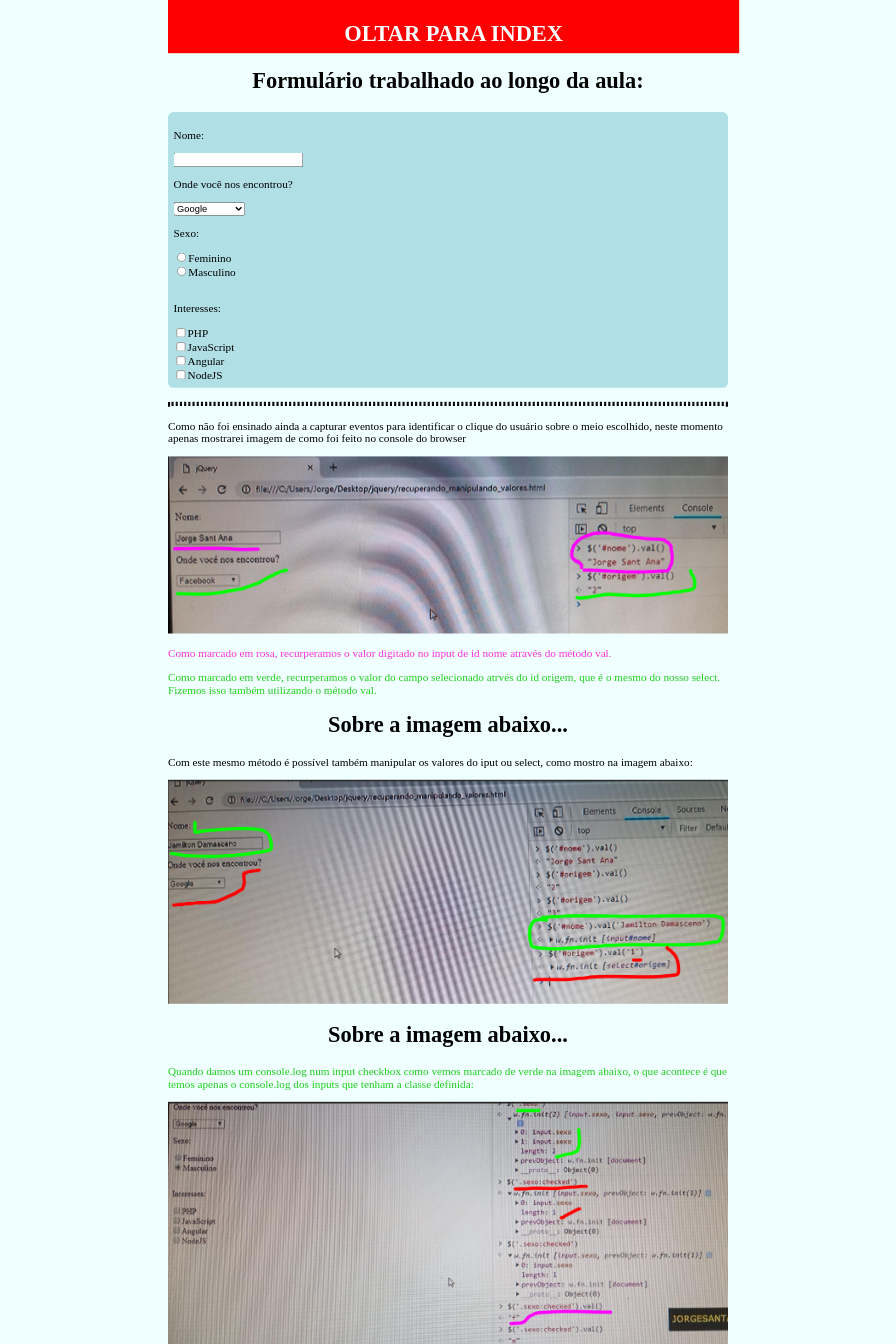
Repository: 2001mariana/jquery
Page: manipulating-text-input-​​and-selects.html
The author's editor kept a copy of each file at every save. The page is drawn from the files as they stood at one save, then again after a run of saves.
The browser window is 1280 px wide. The pictures show the part of the page from y = 0 to 1920 px (the page is 2687 px tall), at 70% of full size.

Above is the page before, as saved 2022-08-04 15:11:20.

### manipulating-text-input-​​and-selects.html

<!DOCTYPE html>
<html lang="pt-br">
	<head>
		<meta charset="UTF-8">
		<title>jQuery</title>

		<script src="https://code.jquery.com/jquery-3.3.1.min.js" integrity="sha256-FgpCb/KJQlLNfOu91ta32o/NMZxltwRo8QtmkMRdAu8=" crossorigin="anonymous"></script>

	</head>

	<body style="margin: 0 auto; background-color: 	#F0FFFF;">

		<div id="header" style="background-color: red; height: 60px; width: 100%; padding: 8px;">
			<a href="index.html" style="text-decoration: none; text-transform: uppercase; color:#FFFFFF;"><h1>
				oltar para index</h1></a>
		</div>

		<h1>Formulário trabalhado ao longo da aula:</h1>

		<div style="background-color: #B0E0E6; border-radius: 8px; padding: 8px;">
		<p>Nome:</p>
		<input type="text" id="nome" />
		<br />

		<p>Onde você nos encontrou?</p>
		<select id="origem">
			<option value="1">Google</option>
			<option value="2">Facebook</option>
			<option value="3">Rádio</option>
			<option value="4">Outros meios</option>
		</select>

		<br />

		<p>Sexo:</p>
		<input type="radio" name="sexo" class="sexo" value="f">Feminino<br />
		<input type="radio" name="sexo" class="sexo" value="m">Masculino<br />
		<br />

		<p>Interesses:</p>
		<input type="checkbox" name="interesse" class="interesse" value="php">PHP<br />
		<input type="checkbox" name="interesse" class="interesse" value="js">JavaScript<br />
		<input type="checkbox" name="interesse" class="interesse" value="angular">Angular<br />
		<input type="checkbox" name="interesse" class="interesse" value="nodejs">NodeJS<br />
		</div>

		<div style="border: 3px dotted black; margin: 20px 0;"></div>

		<div>
			<p>Como não foi ensinado ainda a capturar eventos para identificar o clique do usuário sobre o meio escolhido,
			neste momento apenas mostrarei imagem de como foi feito no console do browser</p>
			<div>
				<img src="img/manipulating-text-input-values -and-selects.PNG" id="imagem" />
			</div>
			<p style="color: #f931d8">Como marcado em rosa, recurperamos o valor digitado no input de id nome através do método val.</p>
			<p style="color: #20cf1d">Como marcado em verde, recurperamos o valor do campo selecionado atrvés do id origem,
			que é o mesmo do nosso select. Fizemos isso também utilizando o método val.</p>
			<h1>Sobre a imagem abaixo...</h1>
			<p>Com este mesmo método é possível também manipular os valores do iput ou select, como mostro na imagem abaixo:</p>
			<div>
				<img src="img/manipulating-input-values -and-selects-example.PNG" id="imagem" />
			</div>
			<h1>Sobre a imagem abaixo...</h1>
			<p style="color: #20cf1d">Quando damos um console.log num input checkbox como vemos marcado de verde na imagem abaixo,
		    o que acontece é que temos apenas o console.log dos inputs que tenham a classe definida:</p>
			<div>
				<img src="img/manipulating-text-input-checked-value.PNG" id="imagem" />
			</div>
			<p style="color: red">Já marcado de vermelho é quando colocamos como parametro do console.log além da classe, o ":checked".
			Que, como vemos no resultado, traz apenas aqueles que tiverem sido marcados e selecionados no formulário html.
			Perceba inclusive, que a quantidade já passou a ser apenas 1.
			</p>
			<p style="color: #f931d8">Já marcado de rosa é a maneira que precisamos fazer para resgatar o valor do input selecionado.
			</p>
			<h1>Sobre a imagem abaixo...</h1>
			<div>
				<img src="img/manipulating-text-input-checkbox.PNG" id="imagem" />
			</div>
			<p style="color: #f931d8">Como podemos observar marcado de rosa, quando temos input tipo checkbox e damos console.log no
			checked resgatamos a quantidade dos selecionados, porém, não conseguimos ainda acessar os seus respectivos valores.</p>
			<p style="color: #20cf1d">Já marcado em verde você deve estar se perguntando o motivo de ter sido mostrado apenas o valor
			da primeira opção selecionada. A razão de isso ter aconetcido é que o comportamento do checkbox nos retorna um array contendo
	        as strings dos respectivos values selecionados. o método val sozinho não é capaz de ler este array e por isso, retorna apenas
			o valor da a primeira opção slecionada.</p>
			<p style="color: blue">Para solucionar este comportamento, mostrei marcado em azul um método que nos permite percorrer este
			array de selecionados (que é o que o checkbox me retorna) e para cada item, dei um console.log no indice do mesmo e também no
			seu valor.</p>

		</div>

	</body>

	<script>

		$("h1").css("margin-bottom", "26px")
		$("h1").css("text-align", "center")
		$("body").css("width", "800px")
		$("img").css("width", "800px")

	</script>

</html>

After the next 2 saves:
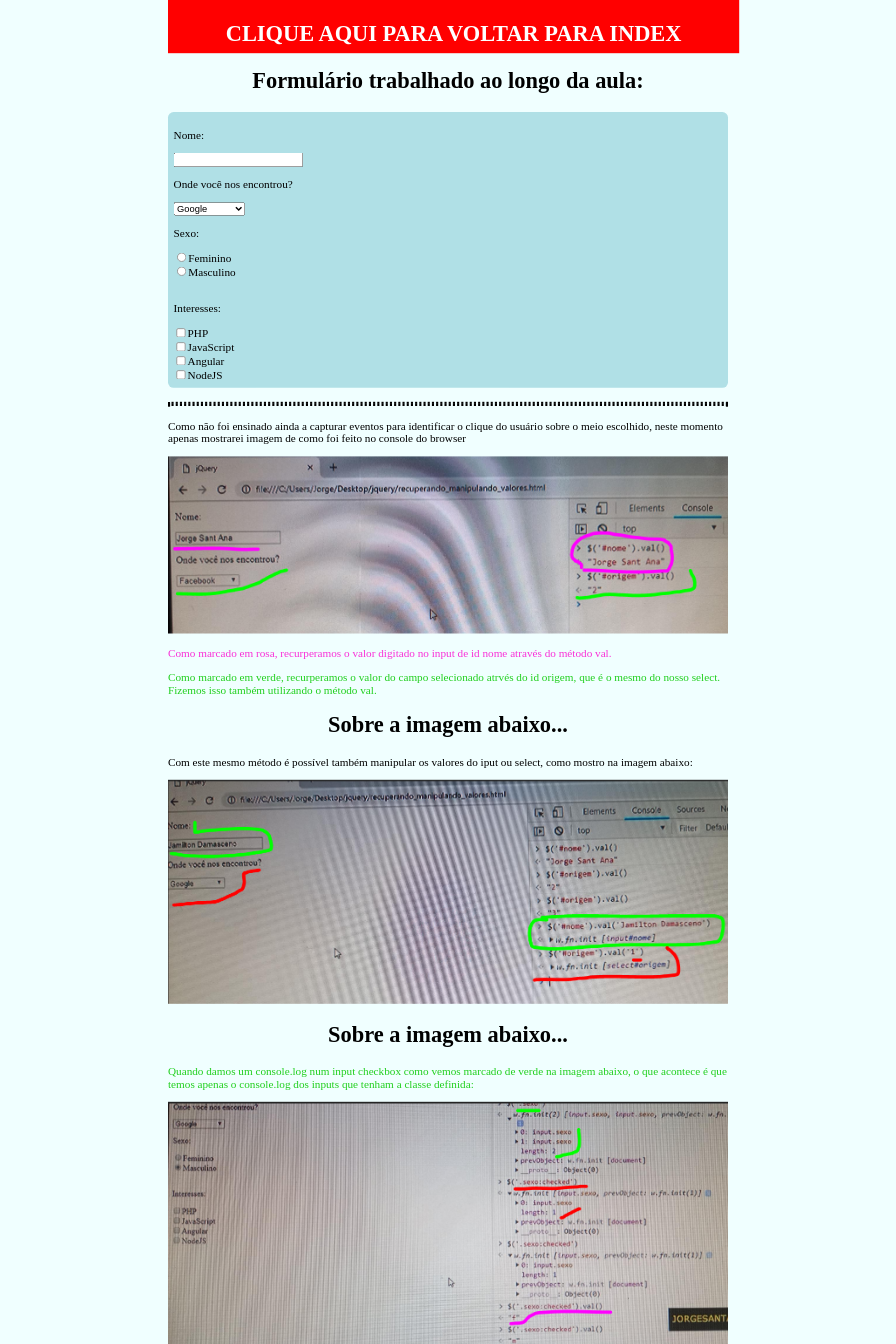
The 2 saves are shown as one change because they came seconds apart.
The last was saved 6 s later.
--- a/manipulating-text-input-​​and-selects.html
+++ b/manipulating-text-input-​​and-selects.html
@@ -13,7 +13,7 @@
 
 		<div id="header" style="background-color: red; height: 60px; width: 100%; padding: 8px;">
 			<a href="index.html" style="text-decoration: none; text-transform: uppercase; color:#FFFFFF;"><h1>
-				oltar para index</h1></a>
+				Clique aqui para voltar para index</h1></a>
 		</div>
 
 		<h1>Formulário trabalhado ao longo da aula:</h1>
